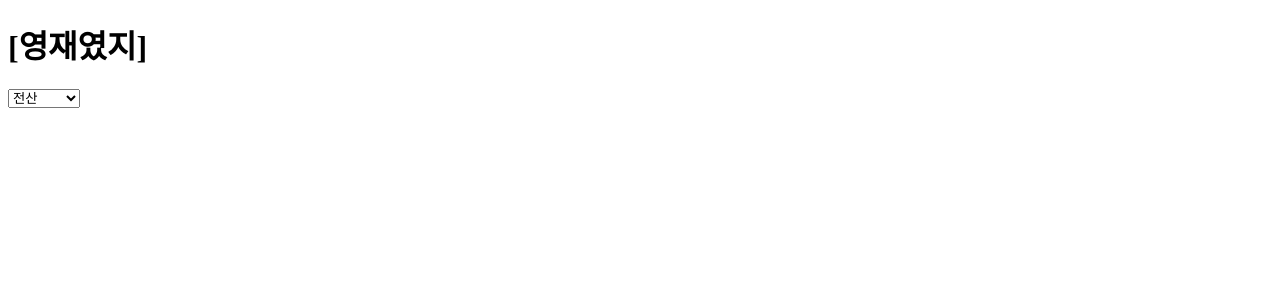
Repository: whwlsghkstm/html
Page: Ex0507/WebContent/list.html
The author's editor kept a copy of each file at every save. The page is drawn from the files as they stood at one save, then again after the next save.
The browser window is 1280 px wide. The pictures show the whole page.

Above is the page before, as saved 2020-05-07 05:55:22.

After the next save:
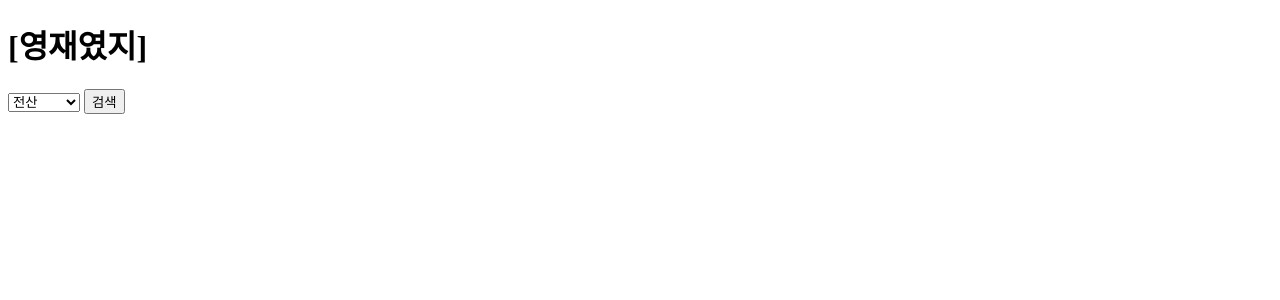
Saved 41 s later.
--- a/Ex0507/WebContent/list.html
+++ b/Ex0507/WebContent/list.html
@@ -12,5 +12,6 @@
 		<option>건축</option>
 		<option>실용음악</option>
 	</select>
+	<input type="button" value="검색" id="btnSearch">
 </body>
 </html>
